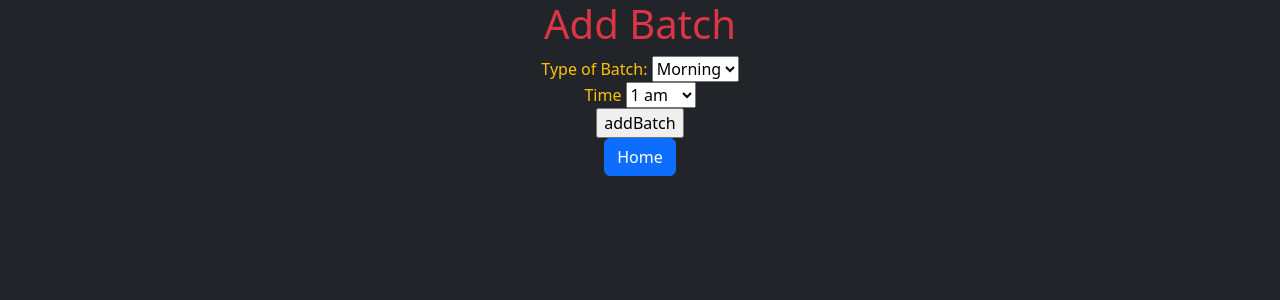
Repository: Jannis-Buschhaus/simplilearn-assessment-phase2
Page: http://localhost/FunfitWebapp/addBatch.jsp
These files come from the project's save history. The page is drawn as it stood at one moment and after the next save; the edit follows.
The browser window is 1280 px wide. The pictures show the whole page.
The page is served by Tomcat 9. Other server files are loaded and not shown.

Above is the page before, as saved 2024-05-30 14:28:05.

### FunfitWebapp/src/main/webapp/addBatch.jsp
<%@ page language="java" contentType="text/html; charset=UTF-8"
    pageEncoding="UTF-8"%>
<!DOCTYPE html>
<html>
<head>
<meta charset="UTF-8">
<title>Add Batch</title>
<link href="https://cdn.jsdelivr.net/npm/bootstrap@5.3.3/dist/css/bootstrap.min.css" rel="stylesheet" integrity="sha384-QWTKZyjpPEjISv5WaRU9OFeRpok6YctnYmDr5pNlyT2bRjXh0JMhjY6hW+ALEwIH" crossorigin="anonymous">
</head>
<body class="bg-dark">
	<h1 class="text-danger text-center">Add Batch</h1>
	<div class="text-center">
		<form action="BatchController" method="post">
		<label class="text-warning" for="typeOfBatch">Type of Batch: </label>
		<select name="typeOfBatch">
			<option value="morning">Morning</option>
			<option value="evening">Evening</option>
		</select><br/>
		<label class="text-warning" for="time">Time</label>
		<select name="time">
			<% for(int i=1; i<=12; i++){ %>
				<option value="<%=i%>am"><%=i%> am</option>
			<% }%>
			<% for(int i=1; i<=12; i++){ %>
				<option value="<%=i%>pm"><%=i%> pm</option>
			<% }%>
		</select><br />
		<input type="submit" value="addBatch" />
		</form>
		<a  class="btn btn-primary" href="index.jsp">Home</a>
	</div>
</body>
</html>

After the next save:
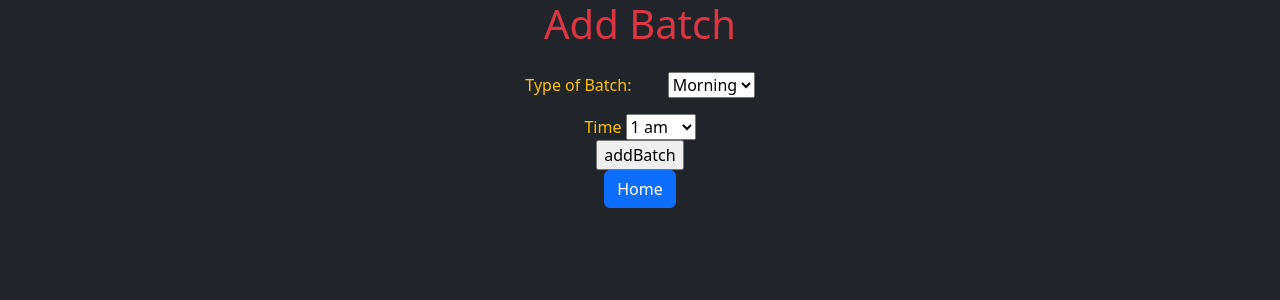
Saved 30 s later.
--- a/FunfitWebapp/src/main/webapp/addBatch.jsp
+++ b/FunfitWebapp/src/main/webapp/addBatch.jsp
@@ -11,8 +11,8 @@
 	<h1 class="text-danger text-center">Add Batch</h1>
 	<div class="text-center">
 		<form action="BatchController" method="post">
-		<label class="text-warning" for="typeOfBatch">Type of Batch: </label>
-		<select name="typeOfBatch">
+		<label class="text-warning m-3" for="typeOfBatch">Type of Batch: </label>
+		<select class="m-3" name="typeOfBatch">
 			<option value="morning">Morning</option>
 			<option value="evening">Evening</option>
 		</select><br/>
